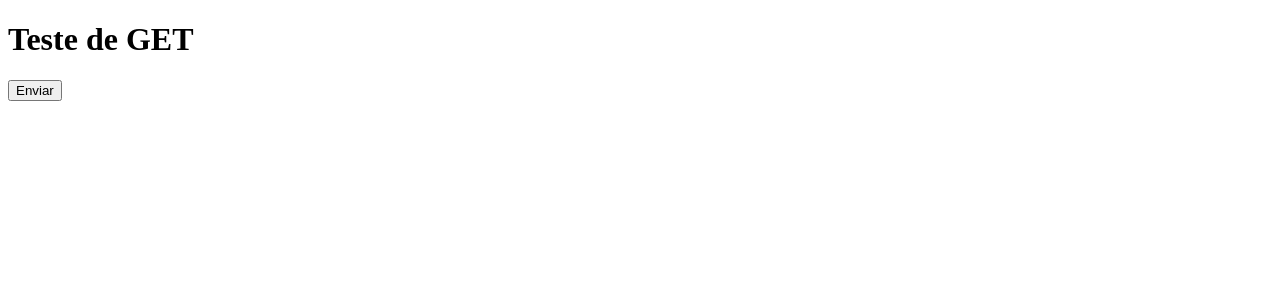
Repository: edisantos/java-v-deo-aula-Nery
Page: workspace/CadastroCliente/WebContent/TesteGet.html
An editor plug-in stored every save of this project. The page is shown before and after the next save, followed by the edit.
The browser window is 1280 px wide. The pictures show the whole page.

Above is the page before, as saved 2018-07-24 01:52:54.

### workspace/CadastroCliente/WebContent/TesteGet.html
<!DOCTYPE html>
<html>
<head>
<meta charset="ISO-8859-1">
<title>Insert title here</title>
</head>
<body>
  <h1>Teste de GET</h1>
  <form id="formGet" action="/CadastroCliente/rest/Exemplojawsrs" method="get">
     <button type="submit" value="Enviar">Enviar</button>
  </form>
</body>
</html>

After the next save:
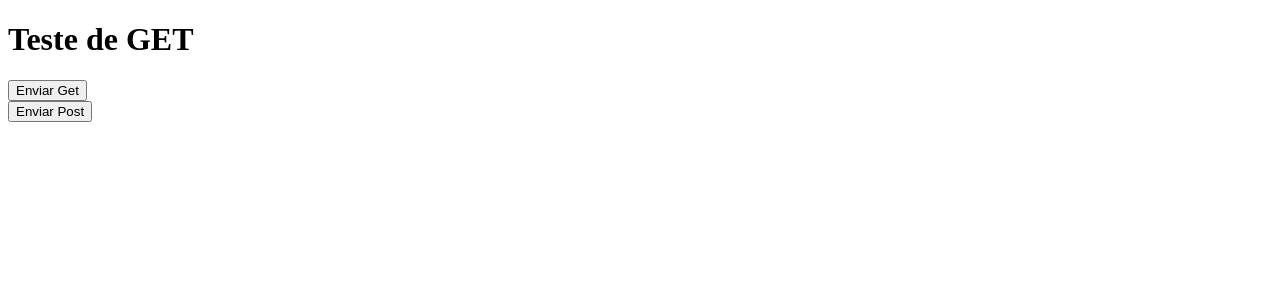
Saved 93 s later.
--- a/workspace/CadastroCliente/WebContent/TesteGet.html
+++ b/workspace/CadastroCliente/WebContent/TesteGet.html
@@ -7,7 +7,10 @@
 <body>
   <h1>Teste de GET</h1>
   <form id="formGet" action="/CadastroCliente/rest/Exemplojawsrs" method="get">
-     <button type="submit" value="Enviar">Enviar</button>
+     <button type="submit" value="Enviar">Enviar Get</button>
+  </form>
+   <form id="formPost" action="/CadastroCliente/rest/Exemplojawsrs" method="post">
+     <button type="submit" value="Enviar">Enviar Post</button>
   </form>
 </body>
 </html>
